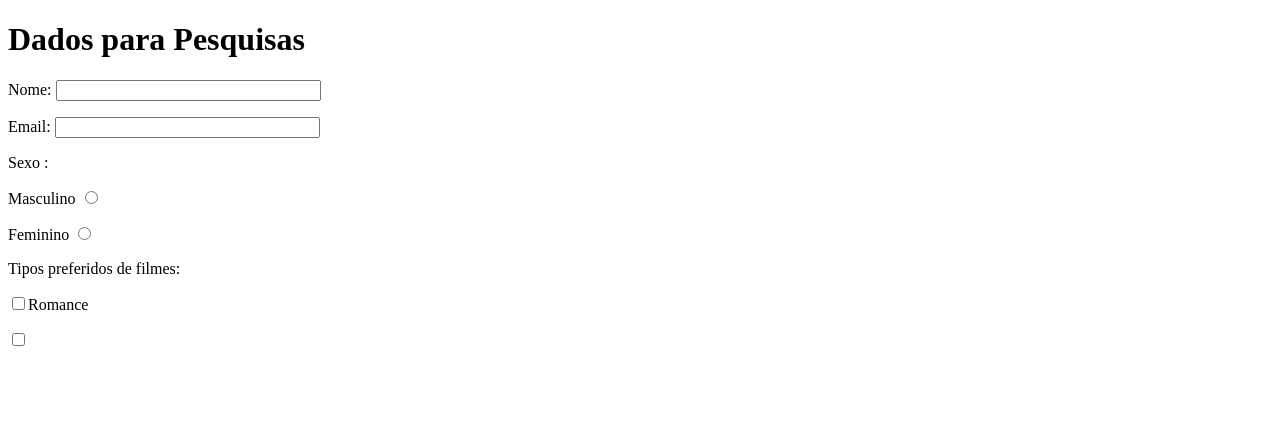
Repository: Marcelinalima/Java_JSP
Page: projeto_pesquisa/src/main/webapp/inserirPesquisa.html
The author's editor kept a copy of each file at every save. The page is drawn from the files as they stood at one save, then again after the next save.
The browser window is 1280 px wide. The pictures show the whole page.

Above is the page before, as saved 2023-04-12 19:30:53.

### projeto_pesquisa/src/main/webapp/inserirPesquisa.html
<!DOCTYPE html>
<html>
<head>
<meta charset="UTF-8">
<title>Dados de Pesquisa</title>
</head>
<body>

   <h1> Dados para Pesquisas</h1>

  <form action=" /projeto_pesquisa/PesquisaInclusãoServlet" method="post">
     <p>Nome: <input type="text" name="p_nome" size="30" /></p>
     <p>Email: <input type="email" name="p_email" size="30" /></p>


     <p> Sexo : </p>
     <p>Masculino  <input type="radio" name="p_sexo" value="masculino" /></p>
     <p>Feminino  <input type="radio" name="p_sexo" value="feminino" /></p>

     <p> Tipos preferidos de filmes: </p>
     <p> <input type="checkbox" name="p_ck1" value="romance" />Romance</p>
     <p> <input type="checkbox" name="p_ck2" value="romance" /></p>

   </form>

</body>
</html>

After the next save:
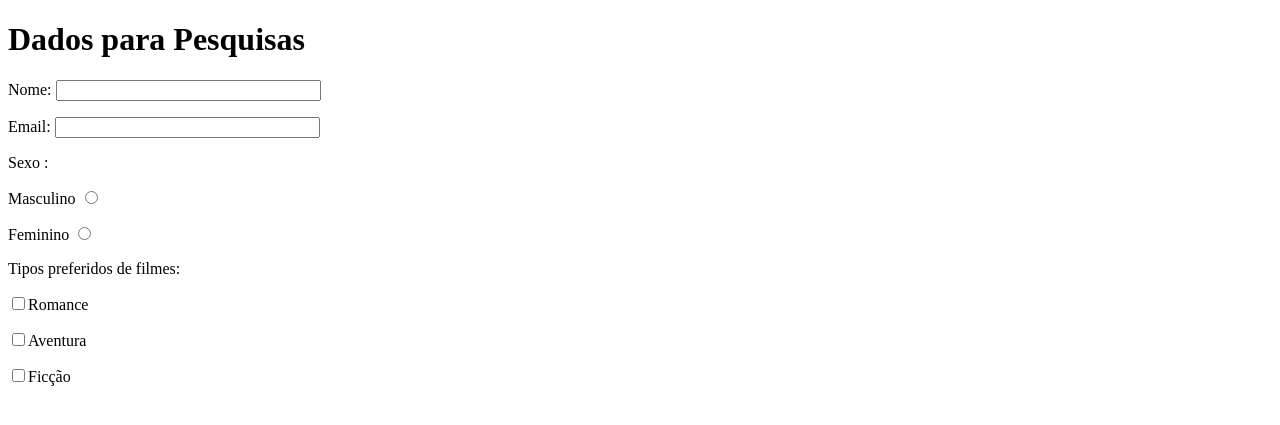
Saved 110 s later.
--- a/projeto_pesquisa/src/main/webapp/inserirPesquisa.html
+++ b/projeto_pesquisa/src/main/webapp/inserirPesquisa.html
@@ -19,7 +19,8 @@
 
      <p> Tipos preferidos de filmes: </p>
      <p> <input type="checkbox" name="p_ck1" value="romance" />Romance</p>
-     <p> <input type="checkbox" name="p_ck2" value="romance" /></p>
+     <p> <input type="checkbox" name="p_ck2" value="aventura" />Aventura</p>
+     <p> <input type="checkbox" name="p_ck2" value="Ficção" />Ficção</p>
 
    </form>
 
